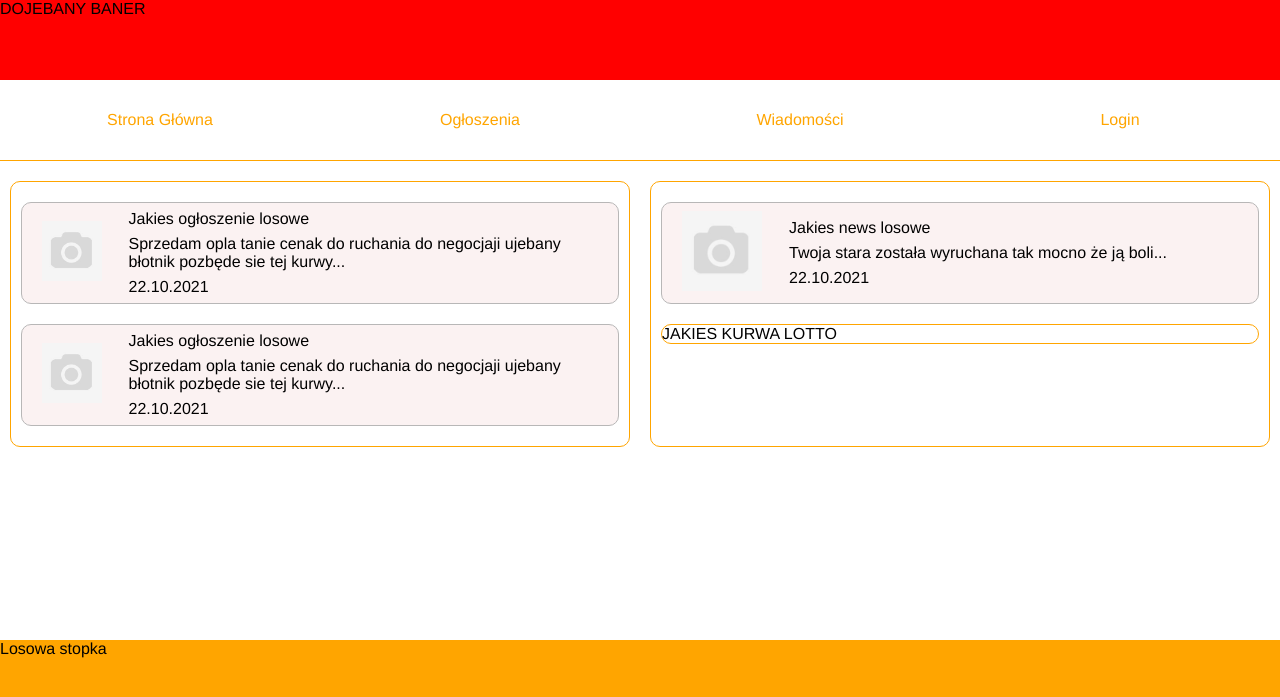
Repository: PatrykStawik/projectppz
Page: /
These files come from the project's save history. The page is drawn as it stood at one moment and after the next save; the edit follows.
The browser window is 1280 px wide. The pictures show the whole page.
The project was rebuilt for these pictures with package versions that can differ from the ones it lists, and the page was loaded fresh each time. The framework's server and built-in components were replaced by stand-ins that run in the browser.

Above is the page before, as saved 2021-05-22 14:14:52.

### pages/_app.tsx
import React from 'react';
import type { AppProps } from 'next/app';
import { GlobalStyle } from '../styles/globalStyles';
import { Header } from '../components/Header';
import { Footer } from '../components/Footer'

function MyApp({ Component, pageProps }: AppProps) {
  return (
    <>
      <GlobalStyle />
      <Header/>
        <Component {...pageProps} />
      <Footer/>
    </>
  );
}

// eslint-disable-next-line import/no-default-export
export default MyApp;

### pages/_document.tsx
import React from 'react';
import Document, { DocumentContext, DocumentInitialProps } from 'next/document';
import { ServerStyleSheet } from 'styled-components';

class MyDocument extends Document {
  static async getInitialProps(ctx: DocumentContext): Promise<DocumentInitialProps> {
    const sheet = new ServerStyleSheet();
    const originalRenderPage = ctx.renderPage;

    try {
      ctx.renderPage = () =>
        originalRenderPage({
          enhanceApp: App => props => sheet.collectStyles(<App {...props} />),
        });

      const initialProps = await Document.getInitialProps(ctx);
      return {
        ...initialProps,
        styles: (
          <>
            {initialProps.styles}
            {sheet.getStyleElement()}
          </>
        ),
      };
    } finally {
      sheet.seal();
    }
  }
}

// eslint-disable-next-line import/no-default-export
export default MyDocument;

### pages/index.tsx
import React from 'react';
import { IndexPage } from '../components/IndexPage';

const index = () => <IndexPage />;

// eslint-disable-next-line import/no-default-export
export default index;

### styles/globalStyles.ts
import { createGlobalStyle } from 'styled-components';

export const GlobalStyle = createGlobalStyle`
  body {
    margin: 0;
    padding: 0;
    font-family: Open-Sans, Helvetica, Sans-Serif;
  }
`;

### components/IndexPage/index.tsx
export { IndexPage } from './IndexPage';

### components/Header/Header.tsx
import React from 'react';
import styled from 'styled-components';
import { colors } from '../../styles/colors';
import { centerText, setFlex } from '../../styles/functions';
import { NextLink } from '../common/NextLink';

const Wrapper = styled.header`
  .baner {
    height: 80px;
    background-color: ${colors.red};
  }
  .menu {
    ${setFlex('column')}
    height: 80px;
    border-bottom: 1px solid ${colors.orange};
    .menuItem {
      flex: 1;
      height: 100%;
      ${centerText(80)};
      background-color: ${colors.white};
      color: ${colors.orange};
      cursor: pointer;
      transition: .5s all;
      &:hover{
        font-weight: bold;
      }
    }
  }
`;

const data = [
  { title: 'Strona Główna', href: '/' },
  { title: 'Ogłoszenia', href: '/ogloszenia' },
  { title: 'Wiadomości', href: '/wiadomosci' },
  { title: 'Login', href: '/login' },
];

export const Header = () => {
  return (
    <Wrapper>
      <div className="baner">DOJEBANY BANER</div>
      <div className="menu">
        {data.map(({ title, href }) => (
          <NextLink href={href} key={title}>
            <div className="menuItem">{title}</div>
          </NextLink>
        ))}
      </div>
    </Wrapper>
  );
};

### components/Footer/Footer.tsx
import React from 'react';
import styled from 'styled-components';
import { colors } from '../../styles/colors';

const Wrapper = styled.footer`
    height: 80px;
    background-color: ${colors.orange};
    position: absolute;
    width: 100%;
    bottom: 0;
`;

export const Footer = () => {
  return (
    <Wrapper>
      Losowa stopka
    </Wrapper>
  );
};

### components/IndexPage/IndexPage.tsx
import React from 'react';
import styled from 'styled-components';
import { Bar } from '../common/Bar';
import { setFlex } from '../../styles/functions';
import { colors } from '../../styles/colors';

const Wrapper = styled.div`
  ${setFlex()};
  .advertisement {
  }
  .container {
    flex: 1;
    border: 1px solid ${colors.orange};
    border-radius: 10px;
    margin: 20px 10px;
  }
`;

export const IndexPage = () => {
  return (
    <Wrapper>
      <div className="advertisement container">
        <Bar
          title="Jakies ogłoszenie losowe"
          content="Sprzedam opla tanie cenak do ruchania do negocjaji ujebany błotnik pozbęde sie tej kurwy"
          date="22.10.2021"
        />
        <Bar
          title="Jakies ogłoszenie losowe"
          content="Sprzedam opla tanie cenak do ruchania do negocjaji ujebany błotnik pozbęde sie tej kurwy"
          date="22.10.2021"
        />
      </div>
      <div className="container">
        <div className="news">
          <Bar
            title="Jakies news losowe"
            content="Twoja stara została wyruchana tak mocno że ją boli"
            date="22.10.2021"
          />
        </div>
        <div className="lotto container">JAKIES KURWA LOTTO</div>
      </div>
    </Wrapper>
  );
};

### styles/colors.ts
export const colors = {
  white: "white",
  black: "black",
  red: "red",
  orange: "orange",
  gray: "#b8b7b7",
  pink: "rgba(166,2,2,.05)"
}

### styles/functions.ts
export const centerText = (height: number) => {
  return `text-align: center;
  line-height: ${height}px`
}

export const setFlex = (type: "row" | "column" = "row") => {
  return `display: flex; flex-direction: ${type}`
}

### components/common/NextLink/index.tsx
export { NextLink } from './NextLink';

### components/common/Bar/index.tsx
export { Bar } from './Bar';

### components/common/NextLink/NextLink.tsx
import React from 'react';
import Link from 'next/link';
import styled from 'styled-components';
import { colors } from '../../../styles/colors';

const StyledLink = styled.a`
  color: ${colors.black};
  text-decoration: none;
  width: 100%;
`;

interface Props {
  href: string;
}

export const NextLink: React.FC<Props> = ({ children, href }) => {
  return (
    <Link href={href}>
      <StyledLink>{children}</StyledLink>
    </Link>
  );
};

### components/common/Bar/Bar.tsx
import React from 'react';
import Image from 'next/image';
import styled from 'styled-components';
import { setFlex } from '../../../styles/functions';
import { colors } from '../../../styles/colors';

interface Props {
  title: string;
  content: string;
  date: string;
}

const Wrapper = styled.div`
  height: 100px;
  border: 1px solid ${colors.gray};
  border-radius: 10px;
  margin: 20px 10px;
  background-color: ${colors.pink};
  ${setFlex()};
  align-items: center;
  .img{
    margin-left: 20px;
  }
  .body{
    margin-left: 20px;
    p{
      margin: 7px;
    }
  }
`;

const picture = { src: '/default.jpg', alt: 'picture', width: 80, height: 80 };

export const Bar = ({ title, content, date }: Props) => {
  return (
    <Wrapper>
      <div className="img"><Image {...picture} /></div>
      <div className="body">
        <p>{title}</p>
        <p>{content.slice(0, 100)}...</p>
        <p>{date}</p>
      </div>
    </Wrapper>
  );
};

Loaded but not shown: components/Header/index.tsx (common file); components/Footer/index.tsx (common file)

After the next save:
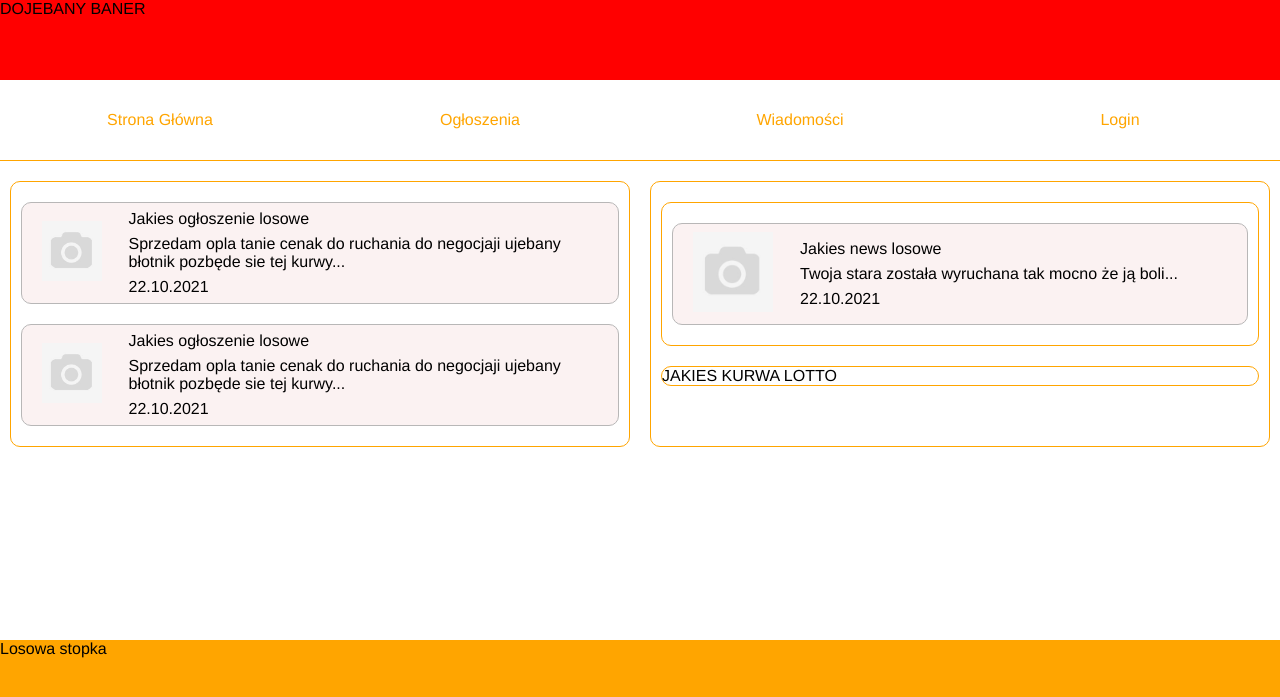
Saved 36 s later.
--- a/components/IndexPage/IndexPage.tsx
+++ b/components/IndexPage/IndexPage.tsx
@@ -32,7 +32,7 @@ export const IndexPage = () => {
         />
       </div>
       <div className="container">
-        <div className="news">
+        <div className="news container">
           <Bar
             title="Jakies news losowe"
             content="Twoja stara została wyruchana tak mocno że ją boli"
